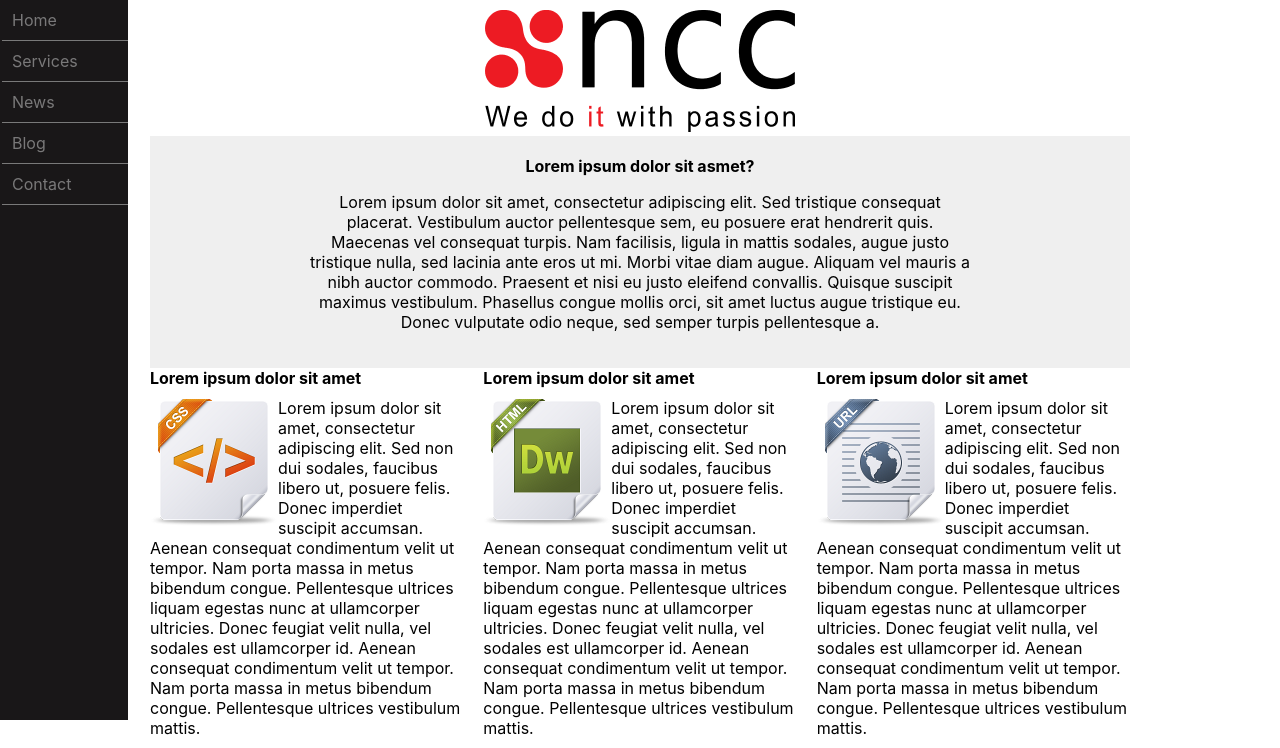
Repository: nganha241/testt
Page: /
An editor plug-in stored every save of this project. The page is shown before and after the next save, followed by the edit.
The browser window is 1280 px wide. The pictures show the whole page.
The project was rebuilt for these pictures with package versions that can differ from the ones it lists, and the page was loaded fresh each time.

Above is the page before, as saved 2023-02-28 11:43:34.

### src/App.js
import React from "react";
import Home from "./pages/Home";
import Navbar from "./pages/Navbar/Navbar";

export const App = () => {
  return (
    <div>
      <Navbar />
      <Home />
    </div>
  );
};

export default App;

### src/pages/Home.jsx
import logo from "./logoNCC.png";
import "./home.css";
import Card from "./home-card/Card";
import htmlic from "./html-icon.png";
import urlic from "./url-icon.png";
import cssic from "./css-icon.png";
const Home = () => {
  return (
    <section className="home">
      <div className="home-title">
        <img src={logo} alt="" />
      </div>
      <div className="home-content">
        <div className="content-title">Lorem ipsum dolor sit asmet?</div>
        <p>
          Lorem ipsum dolor sit amet, consectetur adipiscing elit. Sed tristique
          consequat placerat. Vestibulum auctor pellentesque sem, eu posuere
          erat hendrerit quis. Maecenas vel consequat turpis. Nam facilisis,
          ligula in mattis sodales, augue justo tristique nulla, sed lacinia
          ante eros ut mi. Morbi vitae diam augue. Aliquam vel mauris a nibh
          auctor commodo. Praesent et nisi eu justo eleifend convallis. Quisque
          suscipit maximus vestibulum. Phasellus congue mollis orci, sit amet
          luctus augue tristique eu. Donec vulputate odio neque, sed semper
          turpis pellentesque a.
        </p>
      </div>
      <div className="home-card">
        <Card icon={cssic} />
        <Card icon={htmlic} />
        <Card icon={urlic} />
      </div>
    </section>
  );
};

export default Home;

### src/pages/Navbar/Navbar.jsx
import React from "react";
import "./Navbar.css";

const Navbar = () => {
  return (
    <div className="nav">
      <ul className="nav-content">
        <li>
          <a href="#">Home</a>
        </li>
        <li>
          <a href="#">Services</a>
        </li>
        <li>
          <a href="#">News</a>
        </li>
        <li>
          <a href="#">Blog</a>
        </li>
        <li>
          <a href="#">Contact</a>
        </li>
      </ul>
    </div>
  );
};

export default Navbar;

### src/pages/home.css
.home {
  margin-left: 100px;
  margin: 0 auto;
  padding: 10px 150px;
}
.home-title {
  text-align: center;
}
.home-content {
  text-align: center;
  background: #efefef;
  padding: 20px 160px;
  font-size: 16px;
}
.content-title {
  font-weight: bold;
}
.home-card {
  display: flex;
  gap: 20px;
}

### src/pages/home-card/Card.jsx
import React from "react";

import "./Card.css";

const Card = (props) => {
  const { icon } = props;
  return (
    <div className="card">
      <div className="card-title">Lorem ipsum dolor sit amet</div>
      <div className="card-content">
        <img src={icon} alt="" />
        <span className="card-text">
          Lorem ipsum dolor sit amet, consectetur adipiscing elit. Sed non dui
          sodales, faucibus libero ut, posuere felis. Donec imperdiet suscipit
          accumsan. Aenean consequat condimentum velit ut tempor. Nam porta
          massa in metus bibendum congue. Pellentesque ultrices liquam egestas
          nunc at ullamcorper ultricies. Donec feugiat velit nulla, vel sodales
          est ullamcorper id. Aenean consequat condimentum velit ut tempor. Nam
          porta massa in metus bibendum congue. Pellentesque ultrices vestibulum
          mattis.
        </span>
      </div>
    </div>
  );
};

export default Card;

### src/pages/Navbar/Navbar.css
.nav {
  position: fixed;
  top: 0;
  left: -38px;
  height: 100%;
  background: #191718;
}
.nav-content {
  margin-top: 0px;
  color: #aaaa;
}
.nav-content li {
  border-bottom: 1px solid;
  list-style-type: none;
  padding: 10px 50px 10px 10px;
}

.nav-content li:hover {
  background: #5c5c5c;
}
.nav-content li a {
  color: #aaaa;
  text-decoration: none;
}
.nav-content li:hover a:hover {
  color: #fff;
}

### src/pages/home-card/Card.css
.card-title {
  font-weight: bold;
  margin-bottom: 10px;
}
/* .card-content {
  display: flex;
} */
.card-content img {
  width: 128px;
  height: 128px;
  object-fit: cover;
  float: left;
}

.card-text {
  margin-top: 10px;
  text-align: left;
  font-size: 16px;
}

Loaded but not shown: public/index.html (common file); src/index.js (common file); src/index.css (common file)

After the next save:
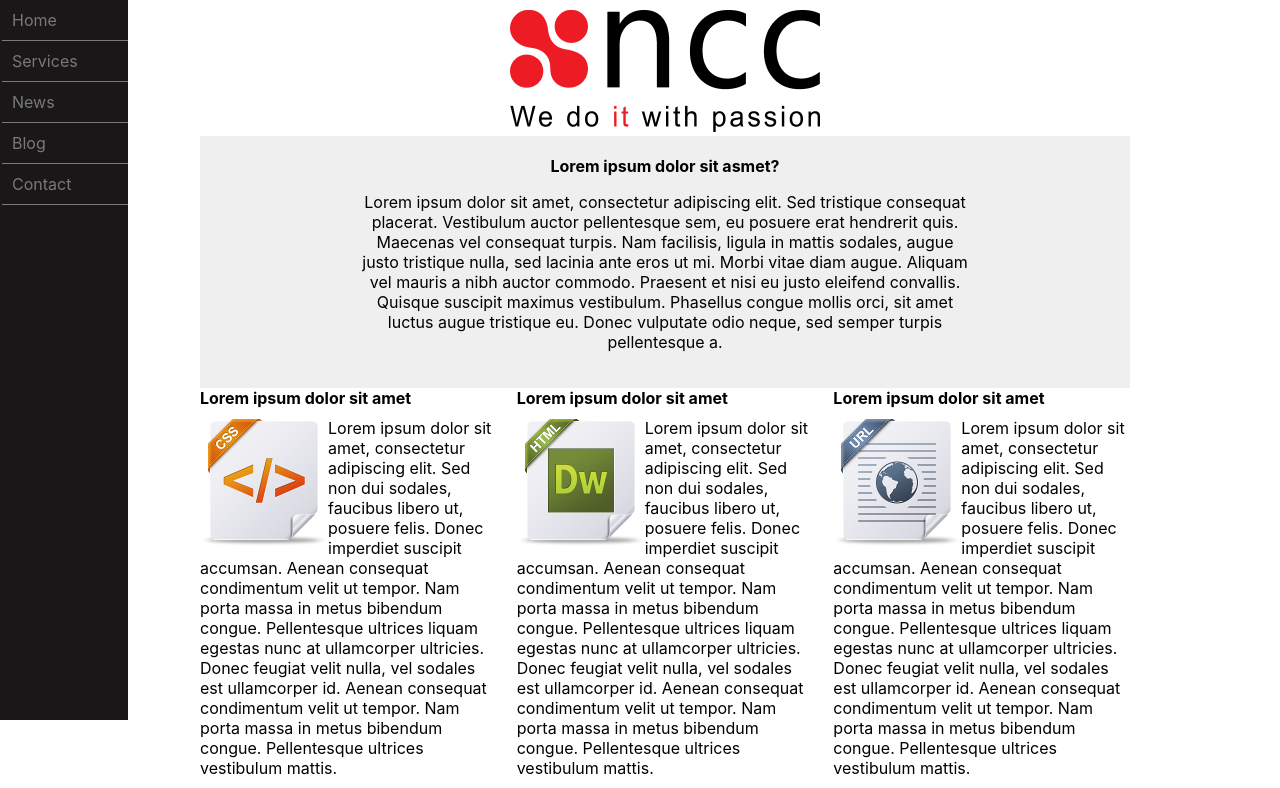
Saved 36 s later.
--- a/src/pages/home.css
+++ b/src/pages/home.css
@@ -1,7 +1,6 @@
 .home {
-  margin-left: 100px;
   margin: 0 auto;
-  padding: 10px 150px;
+  padding: 10px 150px 10px 200px;
 }
 .home-title {
   text-align: center;
